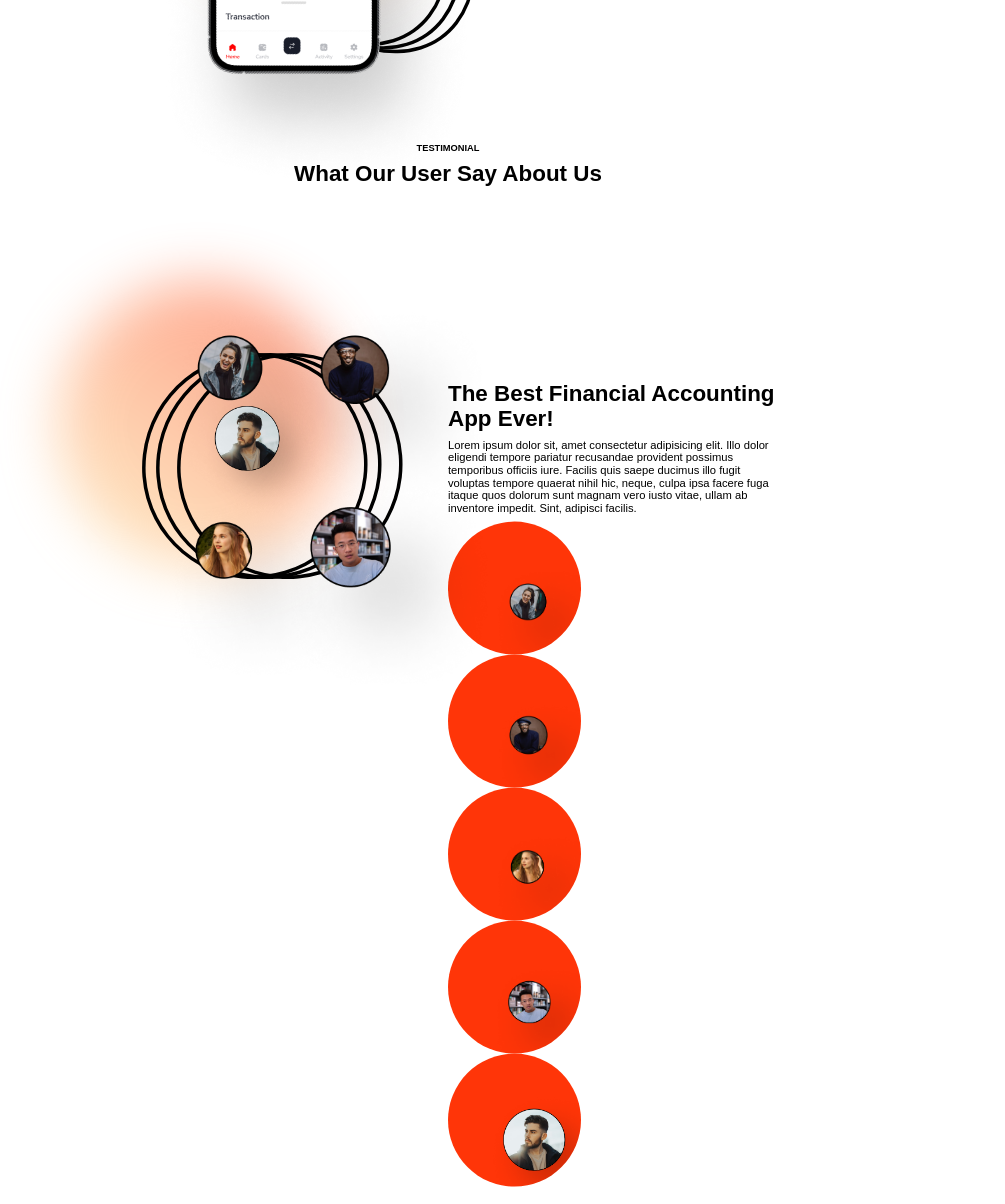
Repository: sakshambansal7/Uifry
Page: index.html
An editor plug-in stored every save of this project. The page is shown before and after the next save, followed by the edit.
The browser window is 1280 px wide. The page is 1435 px wide, so the pictures cover 1435 px, including what lies to the right of the window. The pictures show the part of the page from y = 2423 to 4143 px (the page is 4143 px tall before and 3783 px after), at 70% of full size.
Some web libraries are served in a nearby version.

Above is the page before, as saved 2024-06-12 22:27:56.

After the next save:
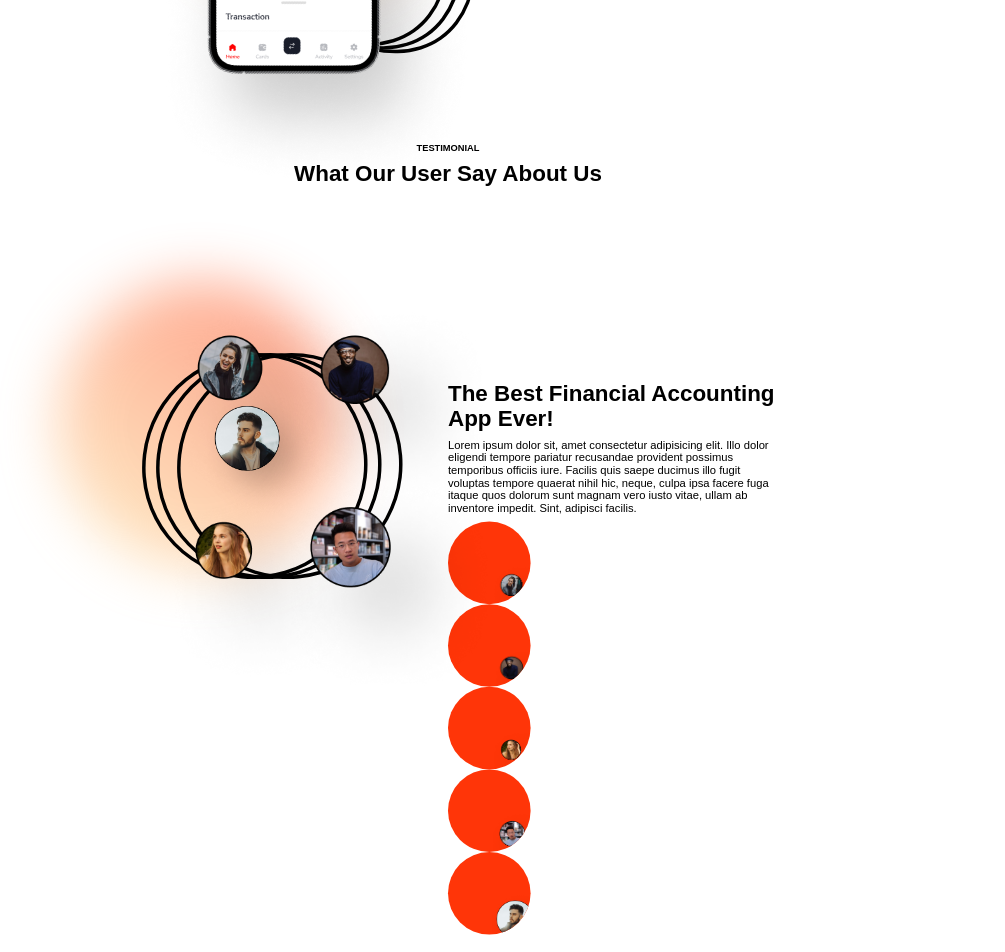
Saved 23 s later.
--- a/style.css
+++ b/style.css
@@ -416,8 +416,8 @@ nav a {
 
 .images .img {
   background-color: #ff3508;
-  width: 25vh;
-  height: 25vh;
+  width: 15vh;
+  height: 15vh;
   border-radius: 50%;
   overflow: hidden; /* Ensure the images fit within the circular divs */
   display: flex;
